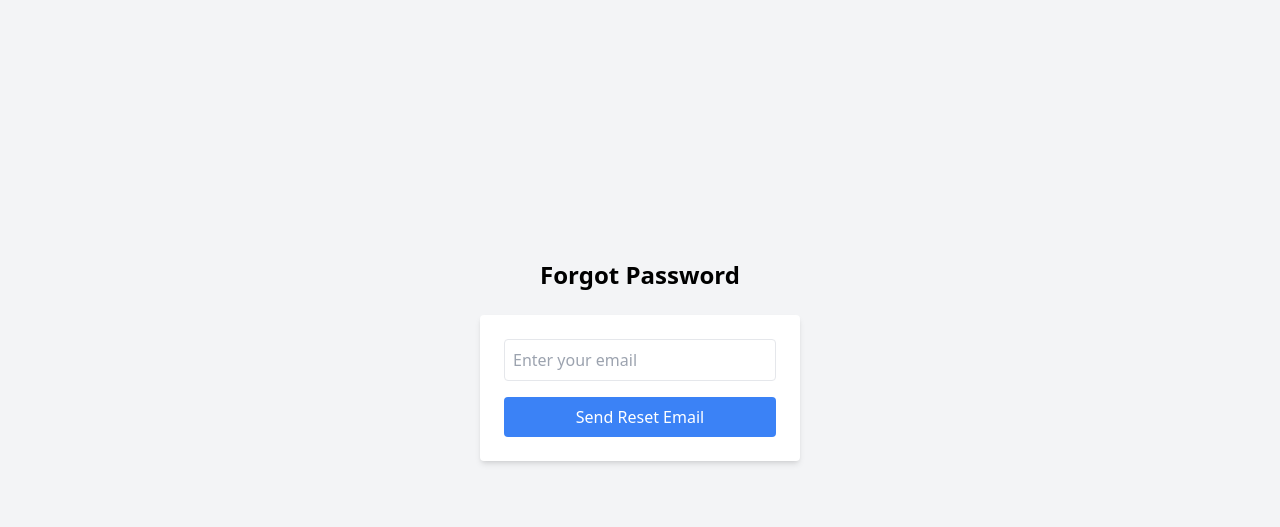
Repository: makanda596/system
Page: /forgotpassword (app in client/)
The author's editor kept a copy of each file at every save. The page is drawn from the files as they stood at one save, then again after the next save.
The browser window is 1280 px wide. The pictures show the whole page.
The page's requests for data from a server got no answer. The project was rebuilt for these pictures with package versions that can differ from the ones it lists, and the page was loaded fresh each time. No one was signed in, and anything a server would have sent is missing. Also part of the build but not shown: client/src/componets/Hero.jsx, client/src/componets/Navbar.jsx, client/src/componets/Footer.jsx, client/src/Home.jsx, client/src/SignUpForm.jsx, client/src/LoginForm.jsx, client/src/Pages/Dashboard.jsx, client/src/Pages/Payments.jsx and 6 more. Imported but missing from the stored project, and not drawn on this page: client/src/reportWebVitals.

Above is the page before, as saved 2024-12-12 08:19:21.

After the next save:
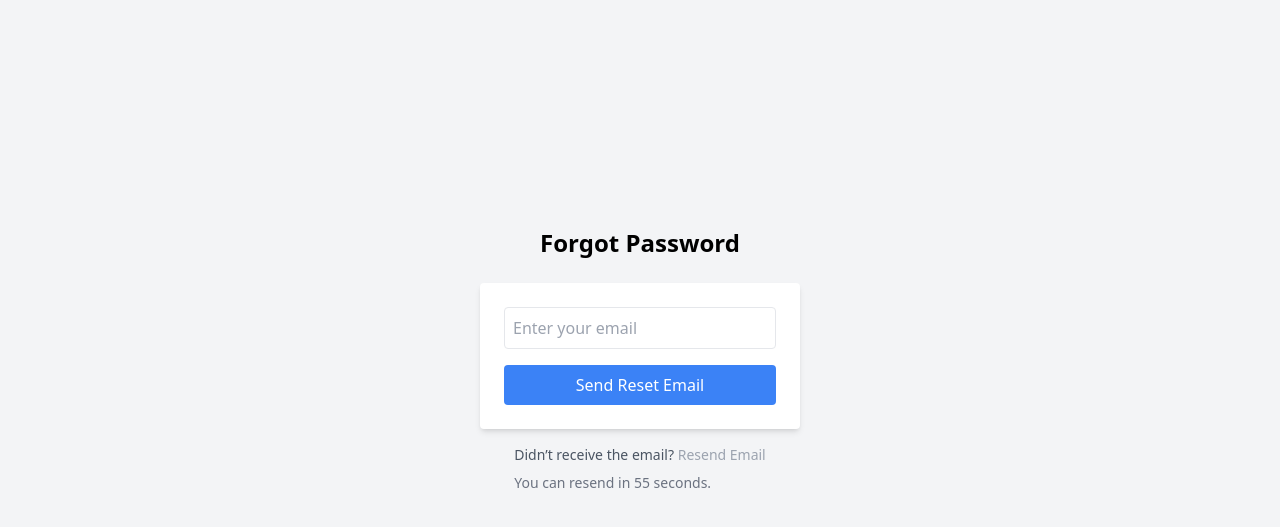
Saved 2 min 25 s later.
--- a/client/src/Pages/Forgotpassword.jsx
+++ b/client/src/Pages/Forgotpassword.jsx
@@ -1,4 +1,4 @@
-import React, { useState } from "react";
+import React, { useState, useEffect } from "react";
 import axios from "axios";
 
 const ForgotPassword = () => {
@@ -6,6 +6,21 @@ const ForgotPassword = () => {
     const [message, setMessage] = useState("");
     const [error, setError] = useState("");
     const [isLoading, setIsLoading] = useState(false);
+    const [canResend, setCanResend] = useState(false);
+    const [resendTimer, setResendTimer] = useState(60);
+
+    useEffect(() => {
+        let timer;
+        if (!canResend && resendTimer > 0) {
+            timer = setInterval(() => {
+                setResendTimer((prev) => prev - 1);
+            }, 1000);
+        } else if (resendTimer === 0) {
+            setCanResend(true);
+        }
+
+        return () => clearInterval(timer);
+    }, [canResend, resendTimer]);
 
     const handleSubmit = async (e) => {
         e.preventDefault();
@@ -15,6 +30,8 @@ const ForgotPassword = () => {
             setError("");
             const response = await axios.post("http://localhost:5000/auth/forgot-password", { email });
             setMessage(response.data.message);
+            setCanResend(false);
+            setResendTimer(60);
         } catch (err) {
             setError(
                 err.response && err.response.data && err.response.data.message
@@ -23,6 +40,21 @@ const ForgotPassword = () => {
             );
         } finally {
             setIsLoading(false);
+        }
+    };
+
+    const handleResendEmail = async () => {
+        try {
+            setCanResend(false);
+            setResendTimer(60);
+            const response = await axios.post("http://localhost:5000/auth/resend-email", { email });
+            setMessage(response.data.message);
+        } catch (err) {
+            setError(
+                err.response && err.response.data && err.response.data.message
+                    ? err.response.data.message
+                    : "Failed to resend email. Please try again."
+            );
         }
     };
 
@@ -48,6 +80,19 @@ const ForgotPassword = () => {
                 {message && <p className="text-green-500 text-sm mt-4">{message}</p>}
                 {error && <p className="text-red-500 text-sm mt-4">{error}</p>}
             </form>
+            <div className="mt-4 text-sm text-gray-600">
+                <p>
+                    Didn’t receive the email? {" "}
+                    <button
+                        onClick={handleResendEmail}
+                        className={`text-blue-500 hover:underline ${!canResend && "cursor-not-allowed text-gray-400"}`}
+                        disabled={!canResend}
+                    >
+                        Resend Email
+                    </button>
+                </p>
+                {!canResend && <p className="text-gray-500 mt-2">You can resend in {resendTimer} seconds.</p>}
+            </div>
         </div>
     );
 };
